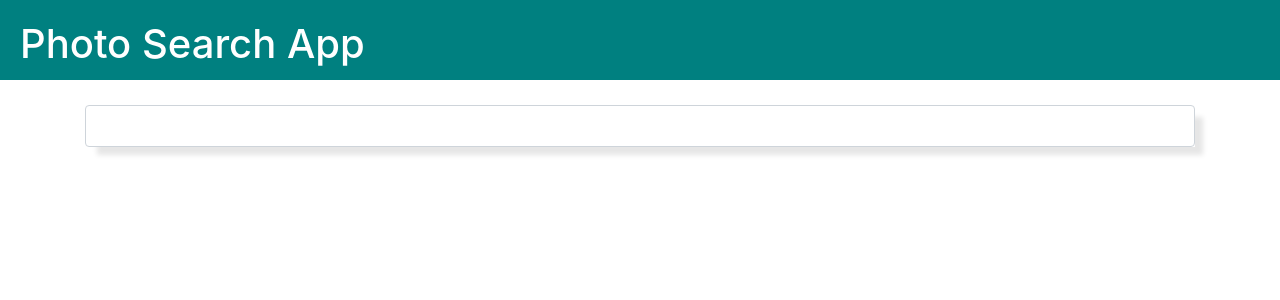
Repository: lamilekan263/photoapp
Page: /
An editor plug-in stored every save of this project. The page is shown before and after the next save, followed by the edit.
The browser window is 1280 px wide. The pictures show the whole page.
The project was rebuilt for these pictures with package versions that can differ from the ones it lists, and the page was loaded fresh each time. Also part of the build but not shown: src/components/ImageCard/ImageCard.scss, src/components/ImageCard/ImageCard.js.

Above is the page before, as saved 2020-08-26 12:52:45.

After the next save:
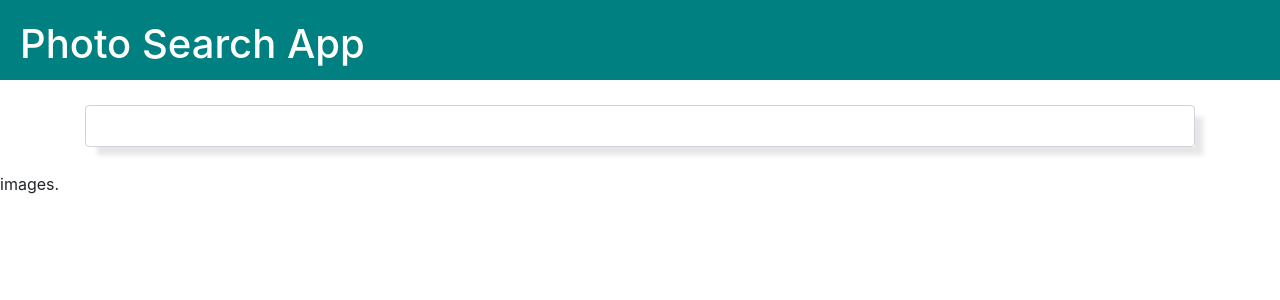
Saved 4 s later.
--- a/src/components/imageList/imageList.js
+++ b/src/components/imageList/imageList.js
@@ -6,7 +6,7 @@ import './imageList.scss'
 const ImageList = ({ images }) =>{
     return(
         <div className="image-display">
-
+            images.
 
         </div>
     )
